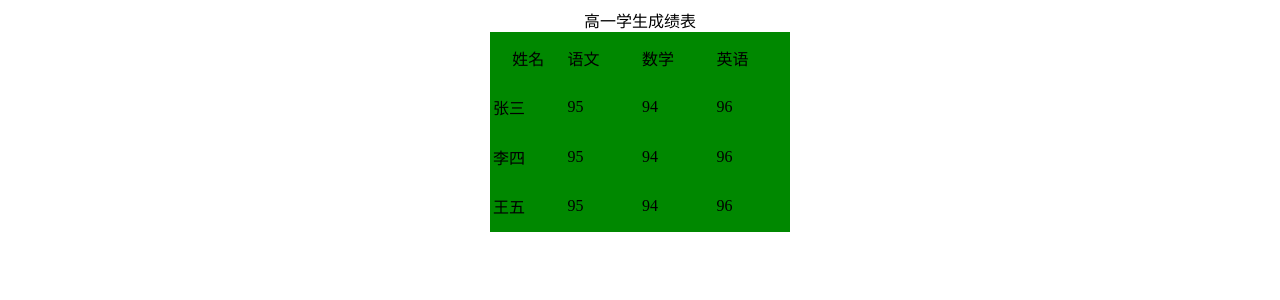
Repository: sheep9590/Test
Page: eclipse-workspace/Prj03/WebRoot/File1.html
These files come from the project's save history. The page is drawn as it stood at one moment and after the next save; the edit follows.
The browser window is 1280 px wide. The pictures show the whole page.

Above is the page before, as saved 2021-09-08 13:54:19.

After the next save:
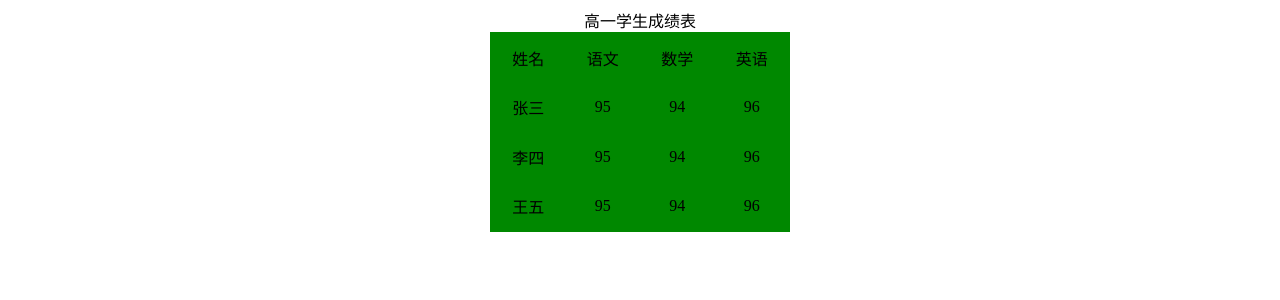
Saved 2 min 24 s later.
--- a/eclipse-workspace/Prj03/WebRoot/File1.html
+++ b/eclipse-workspace/Prj03/WebRoot/File1.html
@@ -4,28 +4,20 @@
 <table  align="center"bgcolor="#008800" width="300" height="200">
       <caption>高一学生成绩表</caption>
     <tr>
-    <td align="center">姓名</td>
-    <td>语文</td>
-    <td>数学</td>
-    <td>英语</td>
+       <td align="center">姓名</td><td align="center">语文</td>
+       <td align="center">数学</td><td align="center">英语</td>
     </tr>
     <tr>
-    <td>张三</td>
-    <td>95</td>
-    <td>94</td>
-    <td>96</td>
+       <td align="center">张三</td><td align="center">95</td>
+       <td align="center">94</td><td align="center">96</td>
     </tr>
     <tr>
-    <td>李四</td>
-    <td>95</td>
-    <td>94</td>
-    <td>96</td>
+        <td align="center">李四</td><td align="center">95</td>
+        <td align="center">94</td><td align="center">96</td>
     </tr>
     <tr>
-    <td>王五</td>
-    <td>95</td>
-    <td>94</td>
-    <td>96</td>
+       <td align="center">王五</td><td align="center">95</td>
+       <td align="center">94</td><td align="center">96</td>
     </tr>
 </table>
 </body>
